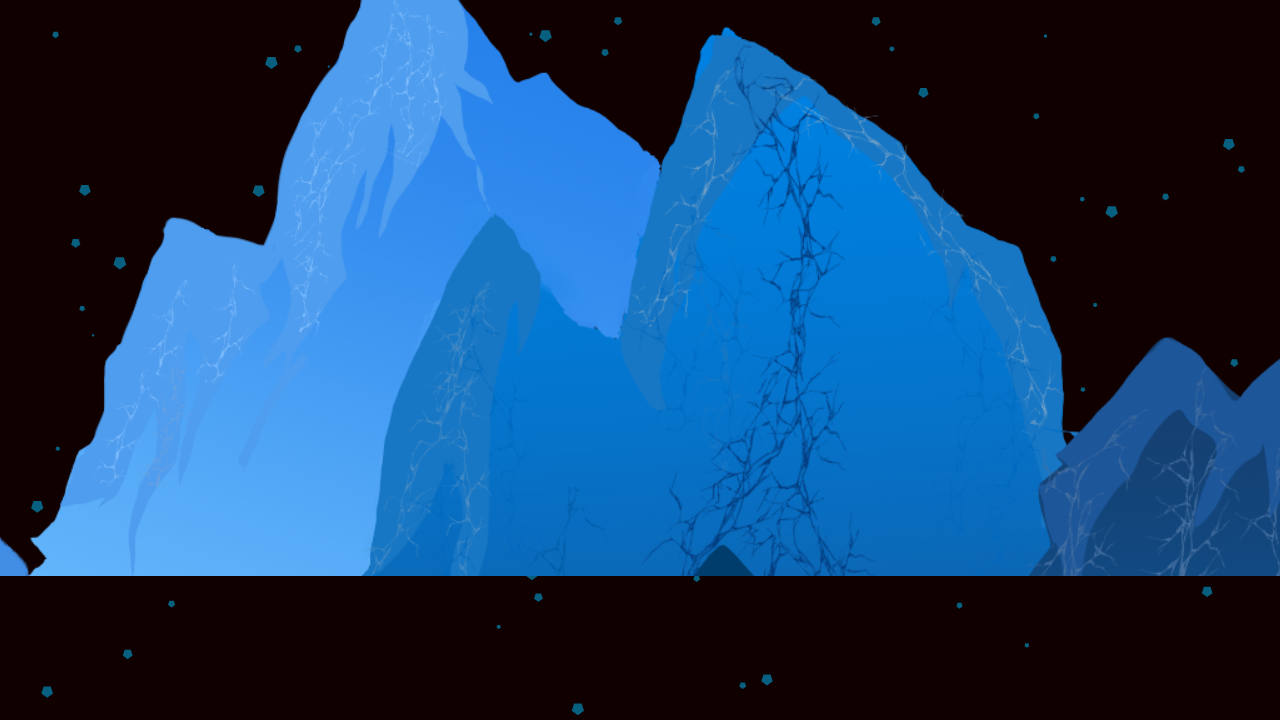
Repository: TMuse333/quantumDesigns
Page: /
These files come from the project's save history. The page is drawn as it stood at one moment and after a run of saves; the edit follows.
The browser window is 1280 px wide. The pictures show the whole page.
The project was rebuilt for these pictures with package versions that can differ from the ones it lists, and the page was loaded fresh each time. Also part of the build but not shown: vite.config.js, src/styles/navbar.css, src/components/navbar.jsx, src/styles/work.css, src/components/skillDesc.js, src/components/work.jsx, src/styles/testimonial.css, src/components/testimonials.jsx and 31 more. Imported but missing from the stored project, and not drawn on this page: src/images/best_dunk.mp4.

Above is the page before, as saved 2024-01-26 10:45:16.

### index.html
<!doctype html>
<html lang="en">
  <head>
    <meta charset="UTF-8" />
    <link rel="icon" type="image/svg+xml" href="/vite.svg" />
    <link rel="preconnect" href="https://fonts.googleapis.com">
<link rel="preconnect" href="https://fonts.gstatic.com" crossorigin>
<link href="https://fonts.googleapis.com/css2?family=Noto+Sans+Linear+A&display=swap" rel="stylesheet" integrity="your-integrity-value" crossorigin="anonymous">

<link rel="preconnect" href="https://fonts.googleapis.com">
<link rel="preconnect" href="https://fonts.gstatic.com" crossorigin>
<link href="https://fonts.googleapis.com/css2?family=Noto+Sans+Linear+A&family=Open+Sans:ital@1&display=swap" rel="stylesheet">
<link rel="stylesheet" href="https://fonts.googleapis.com/css2?family=Roboto:wght@400;700&display=swap">


    <meta name="viewport" content="width=device-width, initial-scale=1.0" />
    <title>Vite + React</title>
  </head>
  <body>
    <div id="root"></div>
    <script type="module" src="/src/main.jsx"></script>
  </body>
</html>

### src/main.jsx
import './index.css'
import * as React from 'react';
import { StrictMode } from 'react';
import { createRoot } from 'react-dom/client';
import { BrowserRouter } from 'react-router-dom';

import App from './App';

const rootElement = document.getElementById('root');
const root = createRoot(rootElement);

root.render(
  <StrictMode>
    <BrowserRouter>
      <App />
    </BrowserRouter>
  </StrictMode>
);

### src/index.css
:root {
  font-family: Inter, system-ui, Avenir, Helvetica, Arial, sans-serif;
  line-height: 1.5;
  font-weight: 400;

  color-scheme: light dark;
  color: rgba(255, 255, 255, 0.87);
  background-color: #242424;

  font-synthesis: none;
  text-rendering: optimizeLegibility;
  -webkit-font-smoothing: antialiased;
  -moz-osx-font-smoothing: grayscale;
}



html{
  overflow-x: hidden;
}

a {
  font-weight: 500;
color:white;
  text-decoration: inherit;
}
a:hover {

}

body {
  margin: 0;
  padding:0;
  display: flex;
  place-items: center;

  overflow-x: hidden;
}

h1 {
  font-size: 3.2em;
  line-height: 1.1;
}

button {
  border-radius: 8px;
  border: 1px solid transparent;
  padding: 0.6em 1.2em;
  font-size: 1em;
  font-weight: 500;
  font-family: inherit;
  background-color: #1a1a1a;
  cursor: pointer;
  transition: border-color 0.25s;
}
button:hover {

}
button:focus,
button:focus-visible {
  outline: 4px auto -webkit-focus-ring-color;
}

### src/App.jsx
import { useState } from 'react'
import { Link } from 'react-router-dom'



import './App.css'
import Navbar from './components/navbar'
import Layout from './components/layout'
import Testimonials from "./components/testimonials";
import {
  BrowserRouter as Router,

  Route, Routes

} from "react-router-dom";

import Booking from './components/booking'

import Portfolio from './components/portfolio'
import Overview from './components/overview'
import Services from './components/services'
import ServiceOverview from './components/serviceOverview'
import ParallaxLayout from './components/paralax'
import Layout2 from './components/layout2'
import Tenets from './components/tenets'
import Infographic from './components/infographic'
import Layout3 from './components/layout3'
function App() {
  const [count, setCount] = useState(0)



  return (
    <>

    <Routes>

      <Route path='/'
      // element={<Layout/>}
      element={<Layout3/>}

      />

      <Route path='tenets'

      element={<ParallaxLayout/>}
      >

      </Route>

      <Route path='booking' element={<Booking/>}>

      </Route>

      <Route path='about'
      element={<Overview/>}
      // element={<About/>}
      >

      </Route>

      <Route path='portfolio'
       element={<Portfolio/>}></Route>

       <Route path='react'
      //  element={<ServiceOverview/>}
      element={<Infographic/>}
       >

       </Route>


    </Routes>




     </>
  )
}

export default App

### src/App.css
#root {
  max-width: 1280px;
  margin: 0 auto;

  text-align: center;
}

:root{
  /* --primary-color:rgb(5, 23, 111); */
  --tag-color:rgb(10, 9, 17);
  --primary-color:rgb(13, 18, 22);
}

.sphere{
width:min-content;

z-index: 1;
position: relative;
margin-left: auto;
margin-right: auto;

}





@keyframes fallAnimation {
  0% {
    background-position: 0% 0%;
  }

  /* 50%{
    background-position: 0% 50%;
  } */

  100% {
    background-position: 0% 100%;
  }
}

#particles{
  z-index: -1 !important;

 }

 .layout3{
  width:100vw;
  position: absolute;
  left:0;
  overflow-x: hidden;
 }



.laut{
  width:100vw;

  /* height:100vh; */
  /* height:2000px; */

  position: absolute;
  left:0;
  /* top:0; */
/* background-image: url(src/images/quantum-realm.png); */
/* background-size: cover; */
  /* overflow-x: hidden; */
  padding: 0;
z-index: 13;
/* margin-top: -1rem; */





}

.gif-nation img{
  position: relative;
  z-index: 2;
  height:110vh;
  display: none;
}



@keyframes floatAnimation {
  0% {
    transform: translateY(0);
  }
  50% {
    transform: translateY(-5px);
  }
  100% {
    transform: translateY(0);
  }
}





@keyframes moveBackground {
  0% {
    background-position: 0% 0%;
  }

  50%{
    background-position: 50% 0%;
  }

  100% {
    background-position: 0% 0%;
  }
}



.parallax-layout{
  width:100vw;
  text-align: center;
margin-right: auto;
margin-left: auto;

background-image: url(src/images/sandy-bg.png);

  /* overflow: hidden; */
}

.before-title-text{
 font-weight: bold;
 margin-bottom: -0.5rem;
}

.bold-700{
  font-weight: 700;
}

.title-text{
  /* width:100vw; */
  /* font-weight: 350; */
  font-size: 2.1rem;
  margin-bottom: 1rem;
  font-family: 'spartan',sans-serif;
  color:#cfd0d0;

}

.description-text{
  padding: 0 15px 0 15px;
    font-family: 'Palatino Sans', 'Palatino Sans Informal', 'Palatino Sans Text', 'Palatino Sans W1G', 'Palatino Sans W01', sans-serif;
font-weight: 500;
font-size: 20px;
color:#cfd0d0

}

.button {
  display: inline-block;
  padding: 12px 24px;
  font-size: 16px;
  font-weight: bold;
  text-align: center;
  text-decoration: none;
  cursor: pointer;
  border: 2px solid #00bfff; /* Quantum blue color */
  color: #00bfff;
  background-color: transparent;
  border-radius: 8px;
  transition: background-color 0.3s ease, color 0.3s ease;
  width:max-content;
  margin-left: auto;
  margin-right: auto;
  margin-bottom: 3rem;
}

.button:hover {
  background-color: #00bfff; /* Quantum blue color on hover */
  color: #FFF; /* White text on hover */
}

.image-text-box {

  width:100vw;
}

.homepage-img{
  width:300px;
}

@media screen and (min-width:655px){
  /* .layout{
    height:100vh;
  } */
}

@media screen and (min-width: 865px)  {
  .image-text-box{
   margin-left: auto;
   margin-right: auto;
          display: grid;
          /* background-color: #00bfff; */
          width:90vw;
          max-width: 900px;
          grid-template-columns: 1fr 1fr; /* Two columns with equal width */
      gap:3rem;





  }



  .image-text-box img{


  }

  .homepage-img{
    width:50vw;
    max-width: 570px;
  }

  .image-text-box p{
    width:40vw;
    max-width: 350px;
    display: block;
    margin-block-start: 0em;
    margin-block-end: 1em;
    margin-inline-start: -1em;
    margin-inline-end: 0px;
    /* width:100%; */


  }

  .title-text{
    font-size: 2rem;
  }
}

### src/components/layout3.jsx
import React from "react";
import Content from "./content";
import ParticlesComponent from "./particles";
import { content1 } from "../componentData/data";
import { content2 } from "../componentData/data";
import Hero3 from "./herobanner3";

const Layout3 = () => {


    return (
        <>
        <ParticlesComponent/>
        <div className="layout3">
            <Hero3/>
            {/* <Content
            {...content1}/> */}
        </div>
        </>
    )
}


export default Layout3

### src/components/herobanner3.jsx
import React from "react";
import Sphere from "./sphere";
import '../styles/hero3.css'
import bg from '../images/no-bg-mountain.png'

const Hero3 = () => {


    return (
        <div className="hero3-container">
         <img src={bg}
        //  style={{
        //     height:'500px'
        //  }}
        />
        </div>
    )
}


export default Hero3

### src/components/particles.jsx
import { useEffect, useMemo, useState } from "react";
import Particles, { initParticlesEngine } from "@tsparticles/react";
import { loadSlim } from "@tsparticles/slim";

const ParticlesComponent = () => {
  const [init, setInit] = useState(false);

  useEffect(() => {
    initParticlesEngine(async (engine) => {
      await loadSlim(engine);
    }).then(() => {
      setInit(true);
    });
  }, []);

  const particlesLoaded = (container) => {
    console.log(container);
  };

  const options = useMemo(
    () => ({

      fullScreen:{
        enable:true,
        // width:'300px'

      },




      background: {
        color: {
          value: "#100000",
        },

      },
      fpsLimit: 120,
      interactivity: {
        events: {
          onClick: {
            enable: true,
            mode: "push",
          },
          onHover: {
            enable: true,
            mode: "grab",
          },
        },
        modes: {
          push: {
            quantity: 4,
          },
          repulse: {
            distance: 15,
            duration: 0.4,
          },
        },
      },
      particles: {
        color: {
          value: "#00bfff",
        },
        links: {
          color: "#ffffff",
          distance: 150,
          enable: false,
          opacity: 0.5,
          width: 1,
        },
        move: {
          direction: "random",
          enable: true,
          outModes: {
            default: "bounce",
          },
          random: false,
          speed: 0.1,
          straight: false,
          attract: {
            enable: true,
            rotateX: 600,
            rotateY: 1200,
          },
          trails:true,
        },
        number: {
          density: {
            enable: true,
          },
          value: 200,
        },
        opacity: {
          value: 0.5,
        },
        shape: {
          type: "polygon",
        },
        size: {
          value: { min: 1, max: 5 },
        },
      },
      detectRetina: false,
    }),
    []
  );

  if (init) {
    return (
      <>


      <Particles
        id="particles"
        particlesLoaded={particlesLoaded}
        options={options}
        style={{

      }}
      />
        </>
    );
  }

  return <></>;
};

export default ParticlesComponent;

### src/styles/hero3.css
.hero3-container{
    /* margin-top: 5rem; */

  background-repeat: no-repeat;
  width:100vw;
  background-size: auto 1350px;
  background-position: 30% 30%;
  background-image: url(src/images/no-bg-mountain.png);
  height:80vh;
  position: relative;


}


.hero3-container img{
    display: none;

    /* object-fit: cover;
    height:500px;
    width:100vw; */
    /* transform: scale(0.5); */
    /* height:80vw; */
    position: absolute;
    top:-25rem;
    left:0;
}




@media screen and (min-width:655px){
    .hero3-container{
        /* background-position: 50% 50%;  */
    }
}

Loaded but not shown: src/componentData/data.js (344 lines, source omitted)

After the next 4 saves:
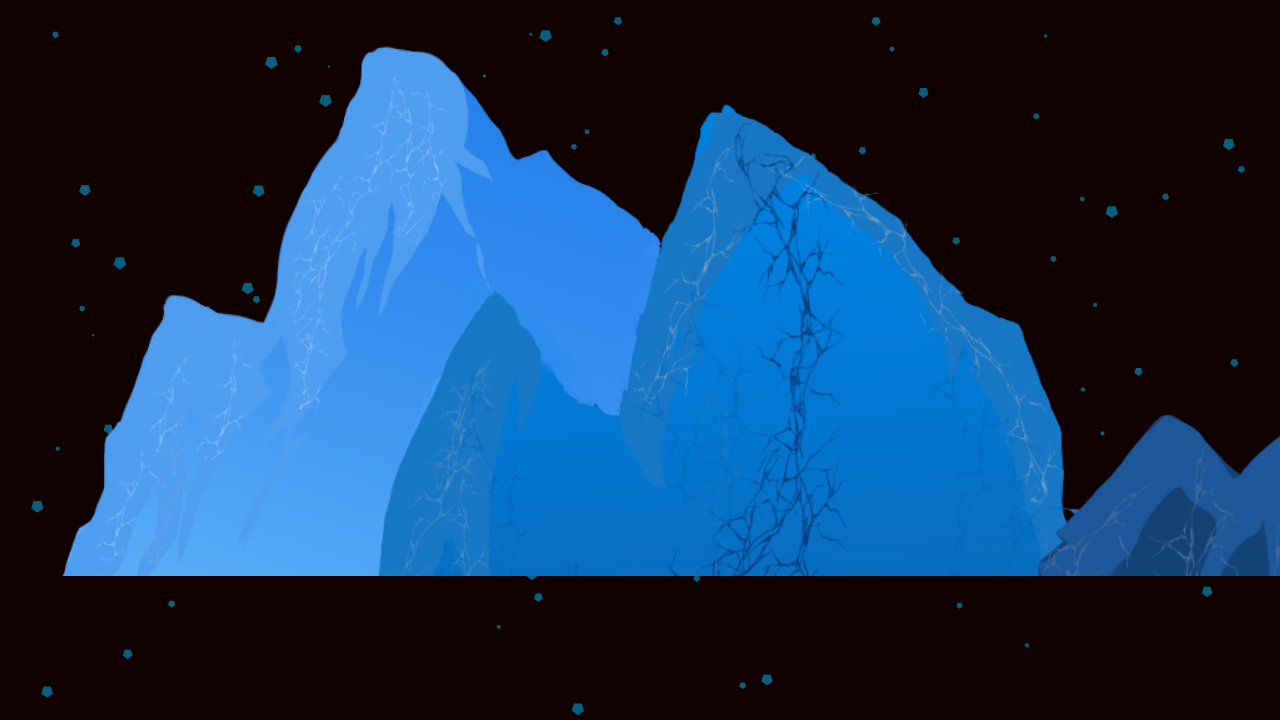
The 4 saves are shown as one change because they came seconds apart.
The last was saved 20 s later.
--- a/src/styles/hero3.css
+++ b/src/styles/hero3.css
@@ -4,7 +4,7 @@
   background-repeat: no-repeat;
   width:100vw;
   background-size: auto 1350px;
-  background-position: 30% 30%;
+  background-position: 30% 20%;
   background-image: url(src/images/no-bg-mountain.png);
   height:80vh;
   position: relative;
